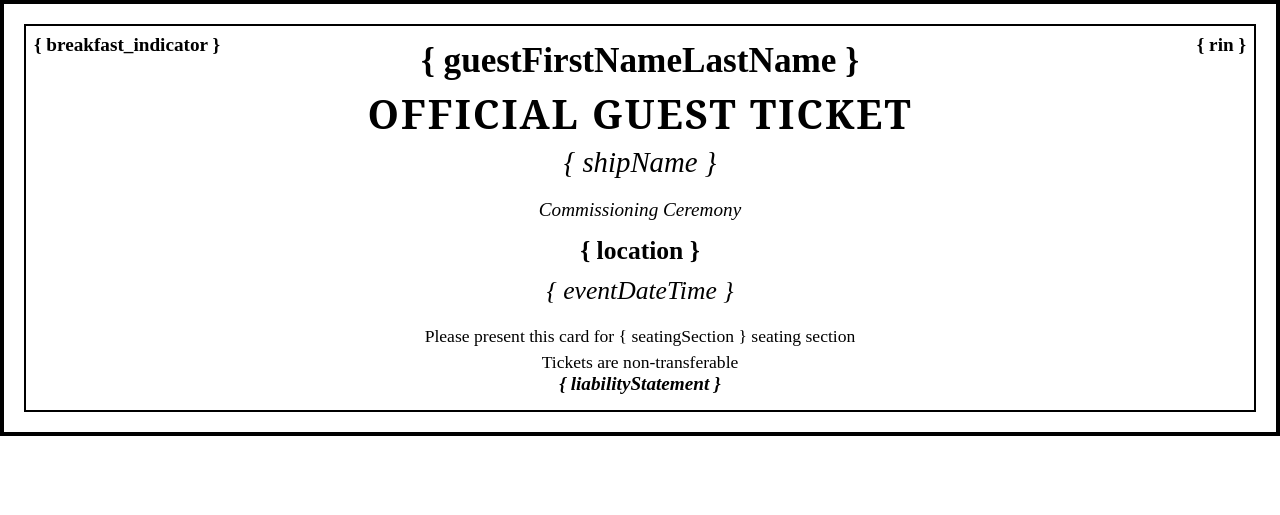
Repository: yaleevans/SabelWeasyPrintPDFLambda
Page: event_ticket_template.html
The author's editor kept a copy of each file at every save. The page is drawn from the files as they stood at one save, then again after the next save.
The browser window is 1280 px wide. The pictures show the whole page.

Above is the page before, as saved 2025-10-22 10:13:53.

### event_ticket_template.html
<!DOCTYPE html>
<html>
<head>
    <title>Official Guest Ticket</title>
    <style>
        /* 1. IMPORT GOOGLE NOTO SERIF FONT */
        /* This is the most reliable way to force a custom font in restricted WeasyPrint environments */
        @import url('https://fonts.googleapis.com/css2?family=Noto+Serif:wght@400;700&display=swap');

        /* CRITICAL FIX 1: Set the PDF page size to PORTRAIT (400px wide x 700px tall) */
        @page {
            size: 650px 770px;
            margin: 0; /* Remove default page margins */
        }

        body {
            margin: 0;
            padding: 0;
            font-family: 'Times New Roman', Times, serif;
            background-color: white;
            /* Ensure body fills the @page area */
            width: 100%;
            height: 100%;
        }
        .ticket-container {

            /* FIX: Body must occupy 100% of the @page area */
            width: 100%;
            height: 100%;

            /* Outer Border (4px) and Padding (20px) consumption: 48px on both axes */
            border: 4px solid black;
            padding: 20px;

            margin: 0;

            text-align: center;
            color: { font_color };
            box-sizing: border-box;
            position: relative;
            color: { font_color };

            /* The inner content space for .inner-border is 352px wide x 652px high */
        }
        .inner-border {
            /* CRITICAL FIX 2: Use 100% width and calc() for height
               This calculates the height by taking 100% of the parent's content area (100%) and
               subtracting the inner padding (15px top + 15px bottom = 30px) and its own border (2px top + 2px bottom = 4px)
               Total deduction: 34px. */
            width: 100%;
            height: 100%;

            border: 2px solid black;
            padding: 15px;
            box-sizing: border-box;

            display: flex;
            flex-direction: column;
            justify-content: space-between;
            align-items: center;
        }
        /* --- NEW CSS FOR OVERLAY --- */
        .ticket-number-overlay {
            /* Position relative to .ticket-container */
            position: absolute;
            top: 25px;
            right: 25px;
            padding: 5px;
            font-size: 1.2em;
            font-weight: bold;
            color: { font_color };
            background-color: transparent;
            z-index: 10;
        }

         .breakfast-overlay {
            /* Position relative to .ticket-container */
            position: absolute;
            top: 25px;
            left: 25px;
            padding: 5px;
            font-size: 1.2em;
            font-weight: bold;
            /* Color is inherited from .ticket-container */
            background-color: transparent;
            z-index: 10;
        }
        /* --- TEXT STYLING --- */
        .content {
            /* Ensure content takes up all available vertical space in the inner-border */
            flex-grow: 1;
            display: flex;
            flex-direction: column;
            justify-content: center;
            align-items: center;
            width: 100%;
        }

        /* Apply text styles and margins as before */
        .guest-name { font-size: 2.2em; font-weight: bold; margin-bottom: 5px; color: { font_color };}
        .guest-name-label { font-size: 0.8em; margin-bottom: 20px; color: { font_color }; }
        .ticket-title { font-family: 'Noto Serif', serif; font-size: 2.5em; font-weight: bold; letter-spacing: 2px; margin-bottom: 5px; color: { font_color }; }
        .ship-name { font-size: 1.8em; font-style: italic; margin-bottom: 20px; color: { font_color }; }
        .commissioning-text { font-size: 1.2em; font-style: italic; margin-bottom: 15px; color: { font_color }; }
        .location { font-size: 1.6em; font-weight: bold; margin-bottom: 10px; color: { font_color };}
        .datetime { font-size: 1.6em; font-style: italic; margin-bottom: 20px; color: { font_color };}
        .instructions { font-size: 1.1em; margin-bottom: 5px; color: { font_color }; }
        .transfer-info { font-size: 1.1em; margin-bottom: 0px; color: { font_color }; }
        .waiver-text { font-size: 1.2em; font-style: italic; font-weight: bold; color: { font_color };}
    </style>
</head>
<body>
    <div class="ticket-container">

        <div class="ticket-number-overlay">
            { rin }
        </div>

        <div class="breakfast-overlay">
            { breakfast_indicator }
        </div>

        <div class="inner-border" style="background-color: { background_color }">
            <div class="content">
                <div class="guest-name">{ guestFirstNameLastName }</div>

                <div class="ticket-title">OFFICIAL GUEST TICKET</div>
                <div class="ship-name">{ shipName }</div>

                <div class="commissioning-text">Commissioning Ceremony</div>

                <div class="location">{ location }</div>
                <div class="datetime">{ eventDateTime }</div>

                <div class="instructions">Please present this card for { seatingSection } seating section</div>
                <div class="transfer-info">Tickets are non-transferable</div>
            </div>
            <div class="waiver-text">
                { liabilityStatement }
            </div>
        </div>
    </div>
</body>
</html>

After the next save:
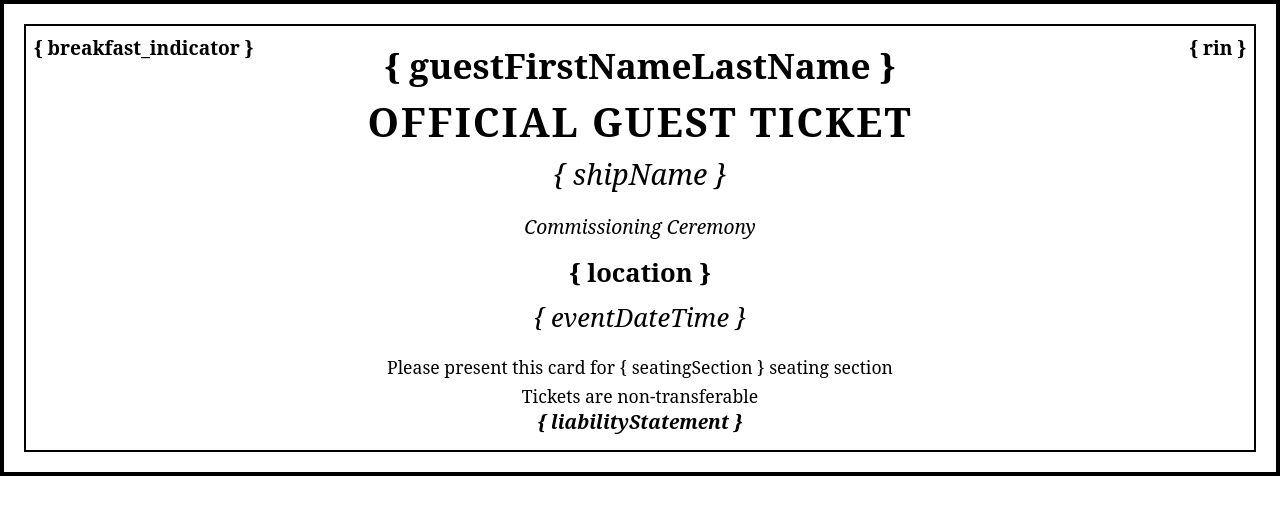
Saved 4 min 19 s later.
--- a/event_ticket_template.html
+++ b/event_ticket_template.html
@@ -9,14 +9,14 @@
 
         /* CRITICAL FIX 1: Set the PDF page size to PORTRAIT (400px wide x 700px tall) */
         @page {
-            size: 650px 770px;
+            size: 650px 700px;
             margin: 0; /* Remove default page margins */
         }
 
         body {
             margin: 0;
             padding: 0;
-            font-family: 'Times New Roman', Times, serif;
+            font-family: 'Noto Serif', serif;
             background-color: white;
             /* Ensure body fills the @page area */
             width: 100%;
@@ -48,7 +48,7 @@
                subtracting the inner padding (15px top + 15px bottom = 30px) and its own border (2px top + 2px bottom = 4px)
                Total deduction: 34px. */
             width: 100%;
-            height: 100%;
+            height: calc(100% - 34px);
 
             border: 2px solid black;
             padding: 15px;
